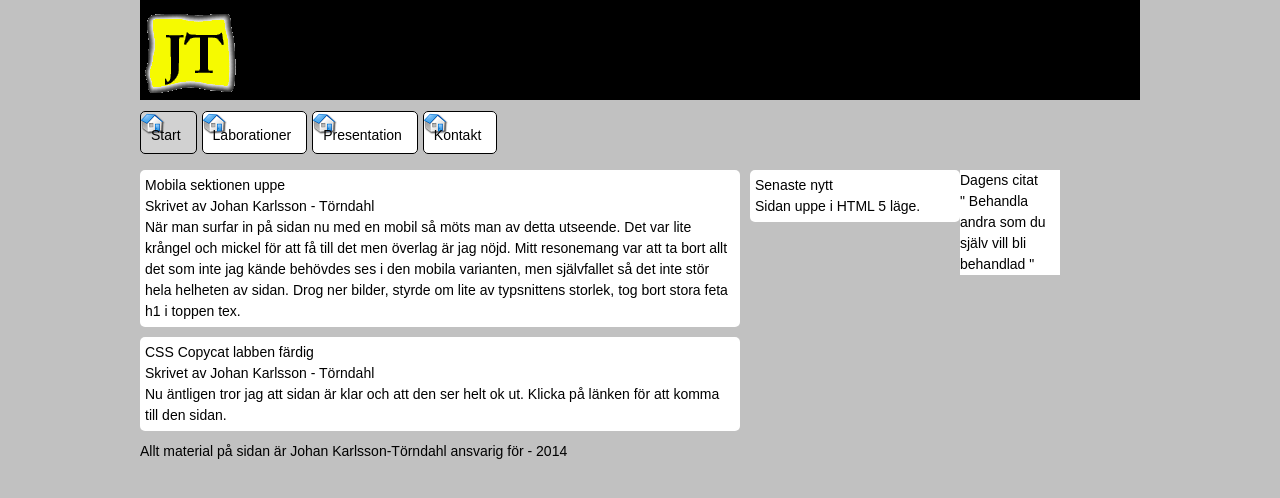
Repository: jt222ia/1ik415-jt222ia-laborationer
Page: htmlfem/index.html
The author's editor kept a record of every edit. The page is drawn from the files as they stood at one moment, then again after the next edit.
The browser window is 1280 px wide. The pictures show the whole page.

Above is the page before.

### htmlfem/index.html
<!DOCTYPE html>
<html>
    <head>
        <meta charset="utf-8" />
        <title>Min kursblogg i HTML 5 - Startsida</title>
        <meta name="viewport" content="width=device-width, initial-scale=1.0" />
        <link rel="shortcut icon" href="../pics/favicon.ico" />
        <link rel="apple-touch-icon" href="../pics/apple_touch.png" />
        <link rel="stylesheet" media="screen and (min-width:481px)" href="style.css" />
        <link rel="stylesheet" media="only screen and (max-width:480px)" href="" />
        <link rel="stylesheet" type="text/css" media="print" href="" />
    </head>
    <body>
        <div id="wrapper">
            <header class="mainheader">
                <img src="pics/logo_trans.1.png" alt="Logotyp" class="top_img" />
                <h1 class="top_h1">Välkommen till min laborationsportal</h1>
            </header>
                <nav>
                    <ul>
                        <li><a href="#" class="active">Start</a></li>
                        <li><a href="#">Laborationer</a></li>
                        <li><a href="#">Presentation</a></li>
                        <li><a href="#">Kontakt</a></li>
                    </ul>
                </nav>
            <main>

                <article class="blogg">
                    <header class="blog_overskrift">Mobila sektionen uppe</header>
                    <footer class="blog_underskrift">Skrivet av Johan Karlsson - Törndahl <time></time></footer>
                    <content class="bloginlagg">
                        <p>När man surfar in på sidan nu med en mobil så möts man av detta utseende. Det var lite krångel och mickel för att få till det men överlag är jag nöjd.
                        Mitt resonemang var att ta bort allt det som inte jag kände behövdes ses i den mobila varianten, men självfallet så det inte stör hela helheten av sidan. Drog ner bilder, styrde om lite av
                        typsnittens storlek, tog bort stora feta h1 i toppen tex.
                        </p>
                    </content>
                </article>

                <article class="blogg">
                    <header class="blog_overskrift">CSS Copycat labben färdig</header>
                    <footer class="blog_underskrift">Skrivet av Johan Karlsson - Törndahl<time></time></footer>
                    <content class="bloginlagg">
                        <p>Nu äntligen tror jag att sidan är klar och att den ser helt ok ut. Klicka på länken för att komma till den sidan.</p>
                    </content>
                </article>
            </main>
            <aside class="top">
                <article>
                    <h2>Senaste nytt</h2>
                        <p>Sidan uppe i HTML 5 läge.</p>
                </article>
            </aside>

            <aside class="middle">
                <article>
                    <h2>Dagens citat</h2>
                        <p class="quote">" Behandla andra som du själv vill bli behandlad "</p>
                </article>
            </aside>

            <footer class="mainfooter">
                <p>Allt material på sidan är Johan Karlsson-Törndahl ansvarig för - 2014</p>
            </footer>

         </div>
    </body>
</html>

### htmlfem/style.css
/* http://meyerweb.com/eric/tools/css/reset/
   v2.0b1 | 201101
   NOTE: WORK IN PROGRESS
   USE WITH CAUTION AND TEST WITH ABANDON */

html, body, div, span, applet, object, iframe,
h1, h2, h3, h4, h5, h6, p, blockquote, pre,
a, abbr, acronym, address, big, cite, code,
del, dfn, em, img, ins, kbd, q, s, samp,
small, strike, strong, sub, sup, tt, var,
b, u, i, center,
dl, dt, dd, ol, ul, li,
fieldset, form, label, legend,
table, caption, tbody, tfoot, thead, tr, th, td,
article, aside, canvas, details, figcaption, figure,
footer, header, hgroup, menu, nav, section, summary,
time, mark, audio, video {
	margin: 0;
	padding: 0;
	border: 0;
	outline: 0;
	font-size: 100%;
	font: inherit;
	vertical-align: baseline;
}
/* HTML5 display-role reset for older browsers */
article, aside, details, figcaption, figure,
footer, header, hgroup, main, menu, nav, section {
	display: block;
}
body {
	line-height: 1;
}
ol, ul {
	list-style: none;
}
blockquote, q {
	quotes: none;
}
blockquote:before, blockquote:after,
q:before, q:after {
	content: '';
	content: none;
}

ins {
	text-decoration: none;
}
del {
	text-decoration: line-through;
}

table {
	border-collapse: collapse;
	border-spacing: 0;
}
/* Början */
body {
    /*background-color:#57572D;*/
    background-color:#c1c1c1;
    font-family:Arial;
    font-size:14px;
    line-height:1.5;
}
#wrapper {
    margin:0 auto;
    width:1000px;

}
.mainheader {
    height:100px;
    margin-bottom:10px;
    background-color:#000;
}
.top_img{
    float:left;
}
.top_h1 {
    float:left;
    margin:30px 0 0px 20px;
    font-size:24px;
    font-weight:bold;
    font-family:Verdana;
}
nav  {
    clear:both;
    height:60px;
}
nav ul {
    list-style:none;

}
nav ul li {
    float:left;
    display:inline;
    margin-top:15px;

}
nav ul li a {
    text-decoration:none;
    width:150px;
    margin-right:5px;
    padding:15px 15px 10px 10px;
    background-color:#fff;
    background-image:url(../pics/sprite.png);
    background-repeat:no-repeat;
    color:#000;
    border:1px solid #000;
    border-radius:5px;
    -moz-border-radius:5px;
    -webkit-border-radius:5px;
}
nav ul li a:hover {
    background-color:#ccc;
    background-image:url(../pics/sprite.png);
    background-repeat:no-repeat;
    background-position:0px -48px;
}
.active {
    background-color:#d1d1d1;
}

/*Main */
main {
    float:left;
    width:600px;
}

.blogg {
   background-color:#fff;
   margin-bottom:10px;
   padding:5px 5px;
   border-radius:5px;
   -moz-border-radius:5px;
   -webkit-border-radius:5px;
}
.top {
    float:left;
    width:200px;
    background-color:#fff;
    margin-left:10px;
    padding:5px 5px;
    border-radius:5px;
   -moz-border-radius:5px;
   -webkit-border-radius:5px;

}
.middle{
     float:left;
    width:100px;
    background-color:#fff;
}
.mainfooter{
    clear:both;
}

After the next edit:
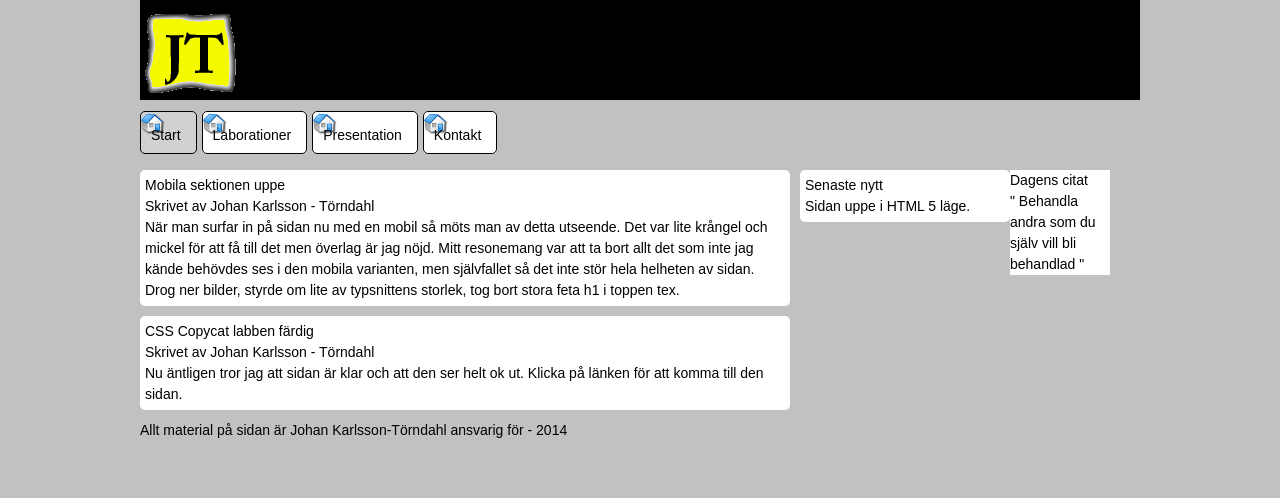
The edit:
--- a/htmlfem/style.css
+++ b/htmlfem/style.css
@@ -123,7 +123,7 @@
 /*Main */
 main {
     float:left;
-    width:600px;
+    width:650px;
 }
 
 .blogg {
